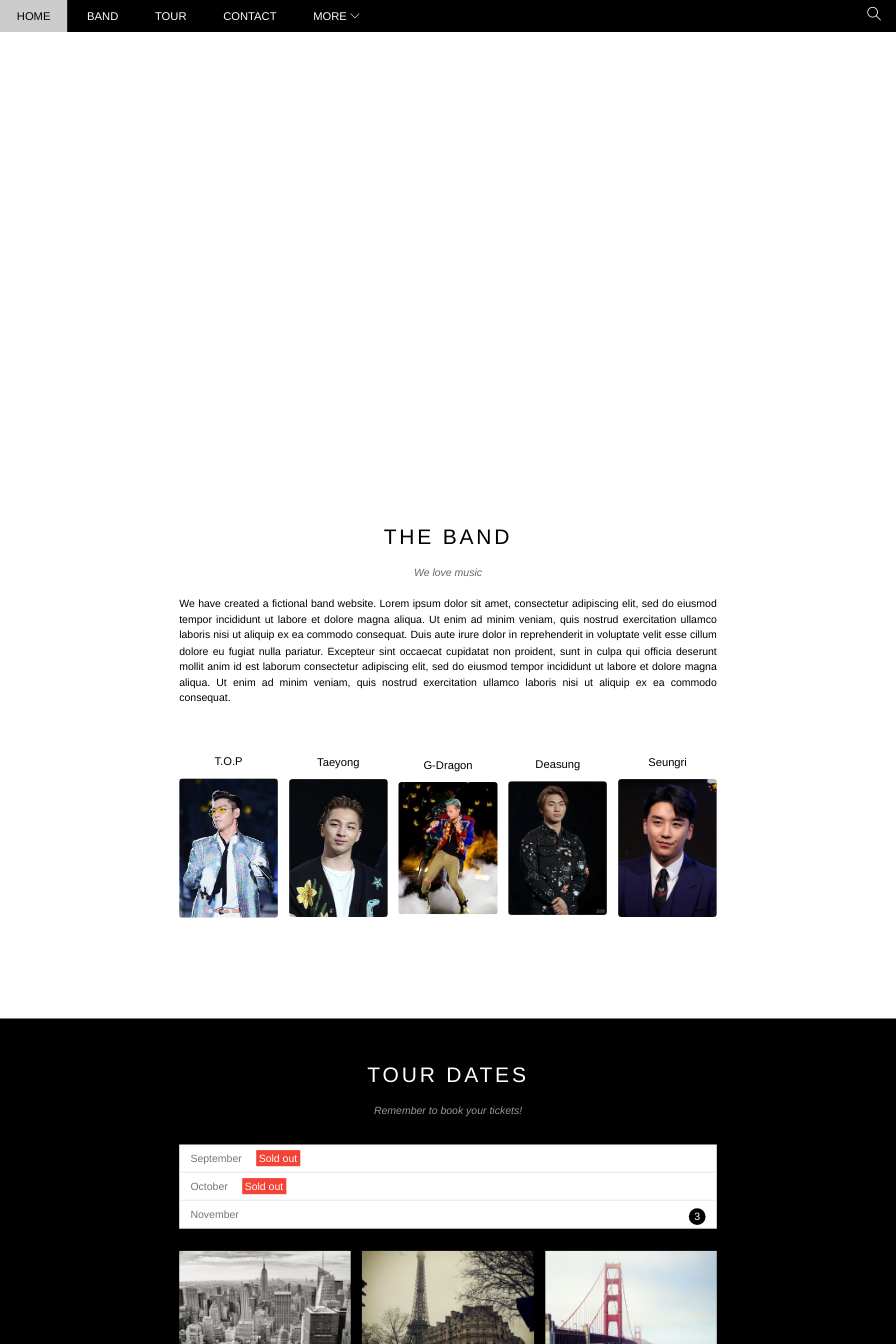
Repository: ThinhTran2k/BigBang-Band-Website
Page: index.html
An editor plug-in stored every save of this project. The page is shown before and after a run of saves, followed by the edit.
The browser window is 1280 px wide. The pictures show the part of the page from y = 0 to 1920 px (the page is 3633 px tall), at 70% of full size.

Above is the page before, as saved 2021-03-16 22:07:56.
Console error: TypeError: Cannot set properties of undefined (setting 'onclick')

After the next 5 saves:
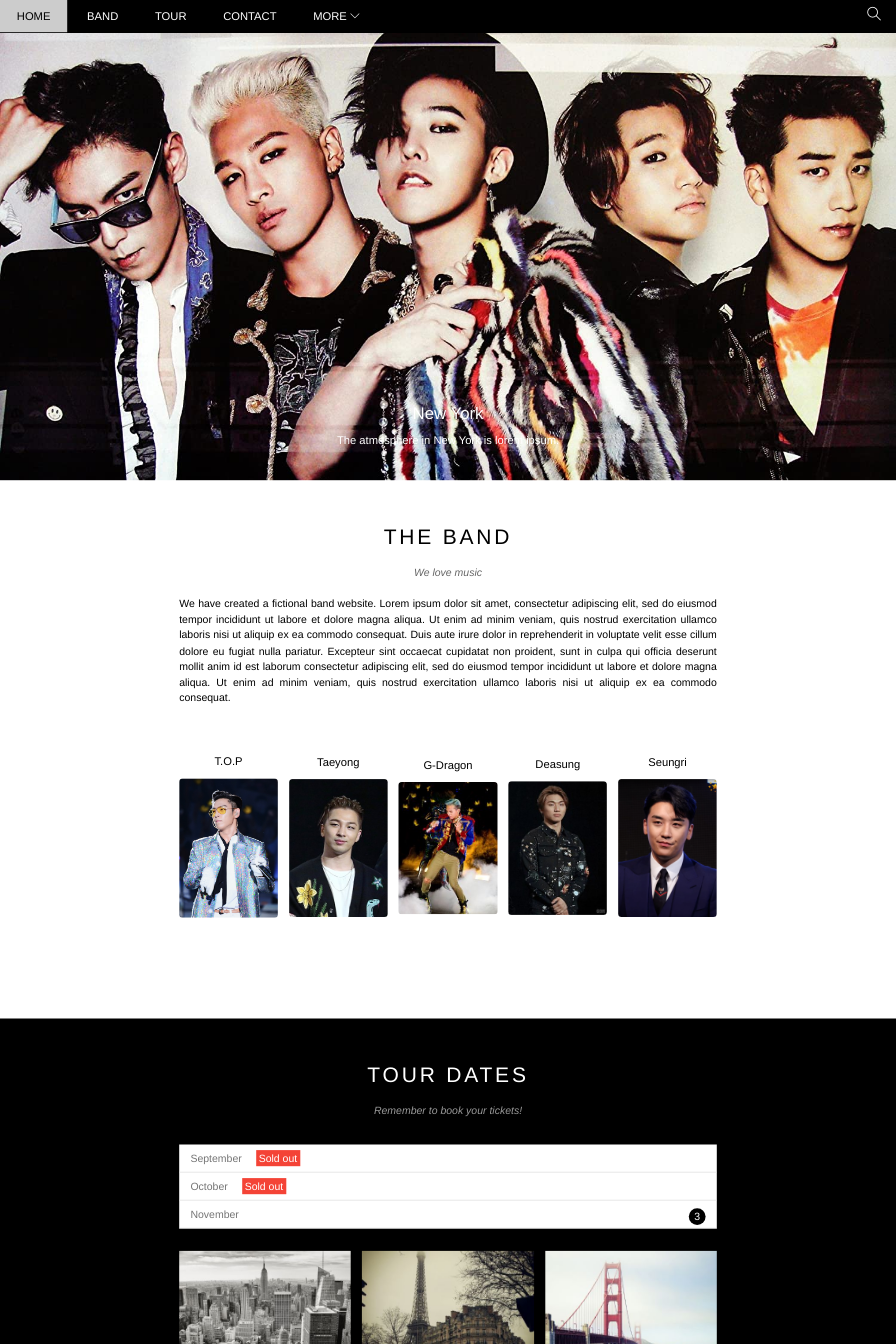
The 5 saves are shown as one change because they came seconds apart.
The last was saved 15 s later.
--- a/asset/css/style.css
+++ b/asset/css/style.css
@@ -141,7 +141,7 @@
     position: relative;
     margin-top: 46px;
     padding-top: 50%;
-    background-image: url('');
+    background-image: url('../img/slider2.jpg');
     background-size: cover;
     background-repeat: no-repeat;
     background-position: top center;
